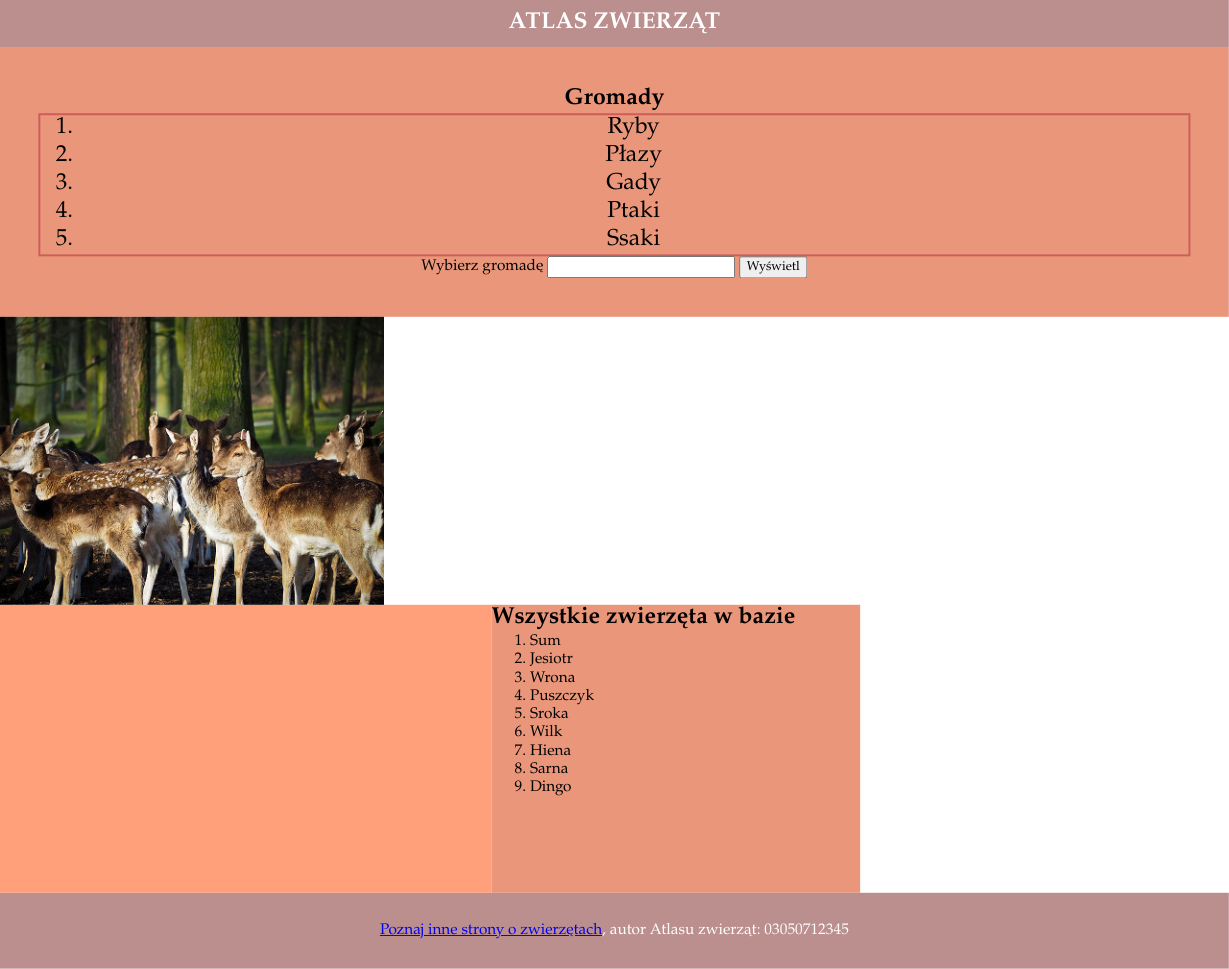
Repository: Lenerystia/HTML
Page: Zad.egz_3/index.html
These files come from the project's save history. The page is drawn as it stood at one moment and after the next save; the edit follows.
The browser window is 1280 px wide. The pictures show the whole page, at 96% of full size.

Above is the page before, as saved 2021-12-22 14:06:58.

After the next save:
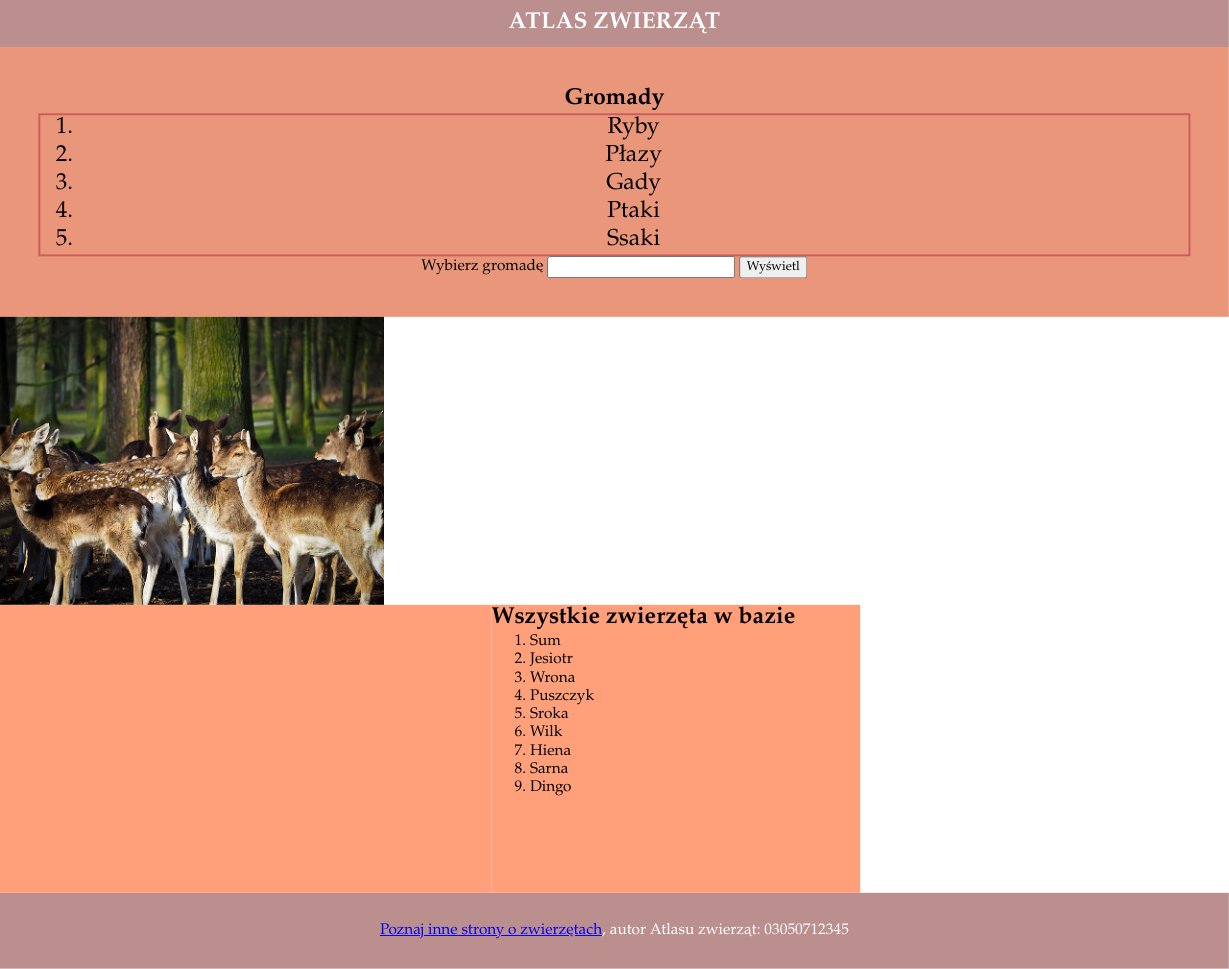
Saved 20 s later.
--- a/Zad.egz_3/styl3.css
+++ b/Zad.egz_3/styl3.css
@@ -14,7 +14,7 @@
     padding: 40px;
 }
 .glownyLewy, .glownyPrawy{
-    background-color: darksalmon;
+    background-color: lightsalmon;
 }
 .glownyLewy{
     width: 30%;
